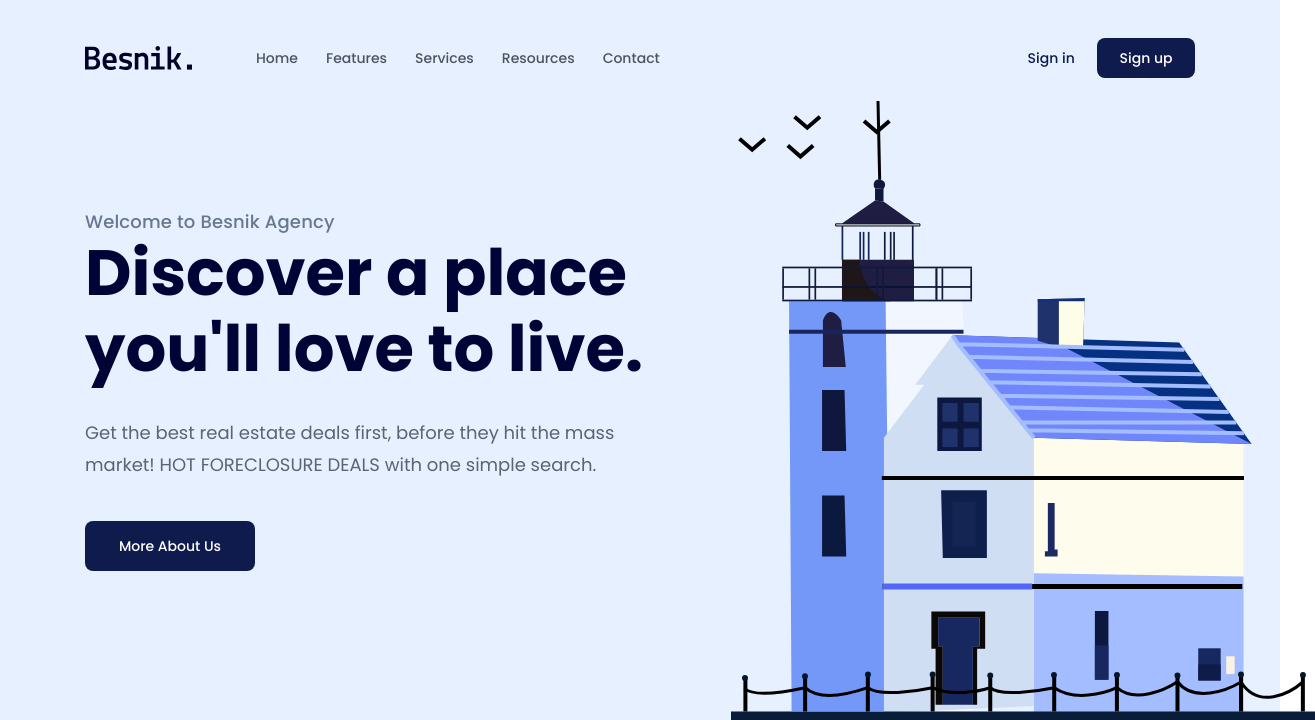
Repository: vancong171001/f8-html-css-01
Page: index.html
An editor plug-in stored every save of this project. The page is shown before and after the next save, followed by the edit.
The browser window is 1280 px wide. The page is 1315 px wide, then 1295 px, so the pictures cover 1315 px, including what lies to the right of the window. The pictures show the whole page.

Above is the page before, as saved 2025-02-20 10:33:47.

After the next save:
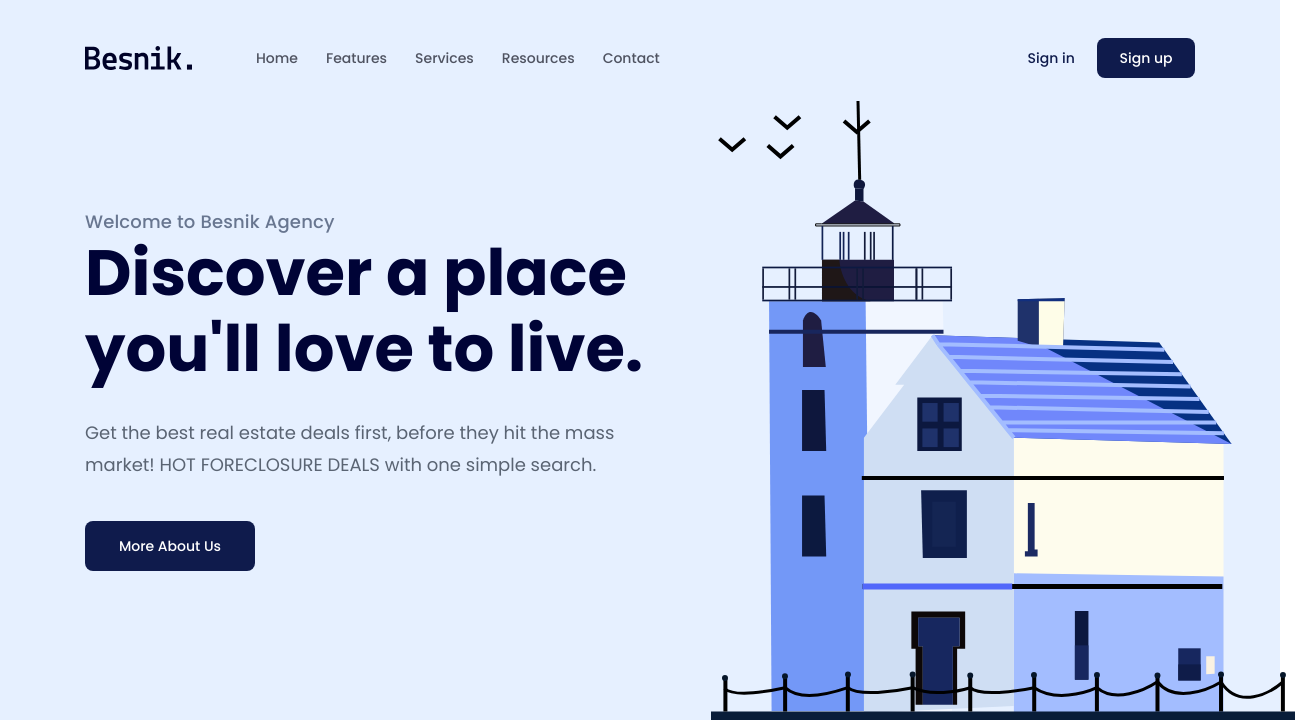
Saved 13 s later.
--- a/assets/css/styles.css
+++ b/assets/css/styles.css
@@ -125,6 +125,6 @@
 
 .hero-img {
   position: absolute;
-  right: calc((100vw - 1110px) / 2 - 120px);
+  right: calc((100vw - 1110px) / 2 - 100px);
   bottom: 0;
 }
